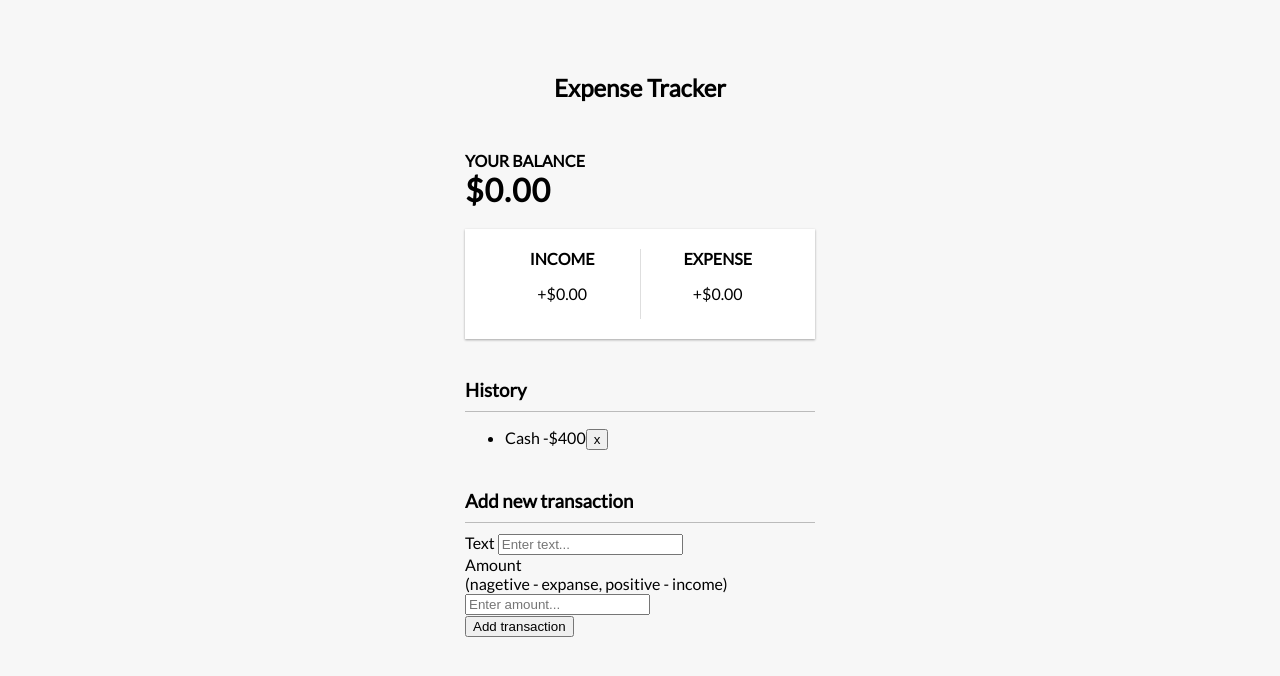
Repository: Youvelop/expenseTracker
Page: index.html
These files come from the project's save history. The page is drawn as it stood at one moment and after the next save; the edit follows.
The browser window is 1280 px wide. The pictures show the whole page.

Above is the page before, as saved 2020-06-30 12:50:11.

After the next save:
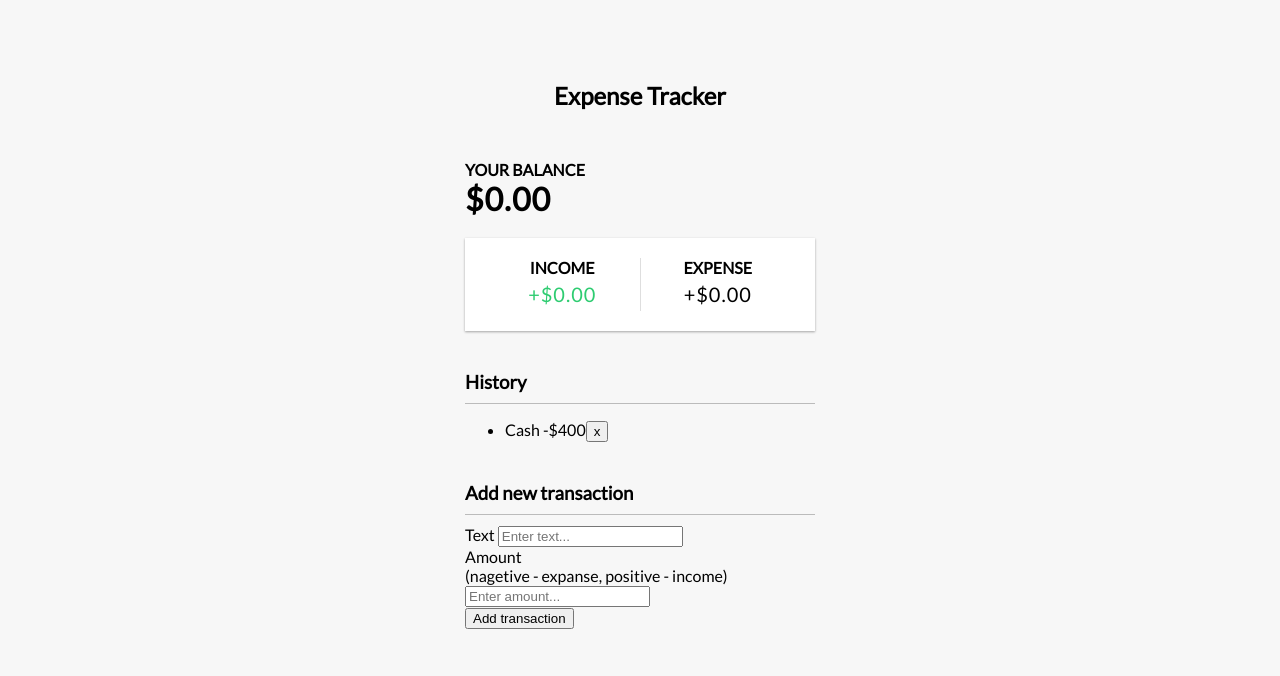
Saved 94 s later.
--- a/style.css
+++ b/style.css
@@ -56,3 +56,16 @@ h4 {
 .inc-exp-container > div:first-of-type {
   border-right: 1px solid #dedede;
 }
+
+.money {
+  font-size: 20px;
+  letter-spacing: 1px;
+  margin: 5px 0;
+}
+
+.money.plus {
+  color: #2ecc71;
+}
+.money-minus {
+  color: #c0392b;
+}
